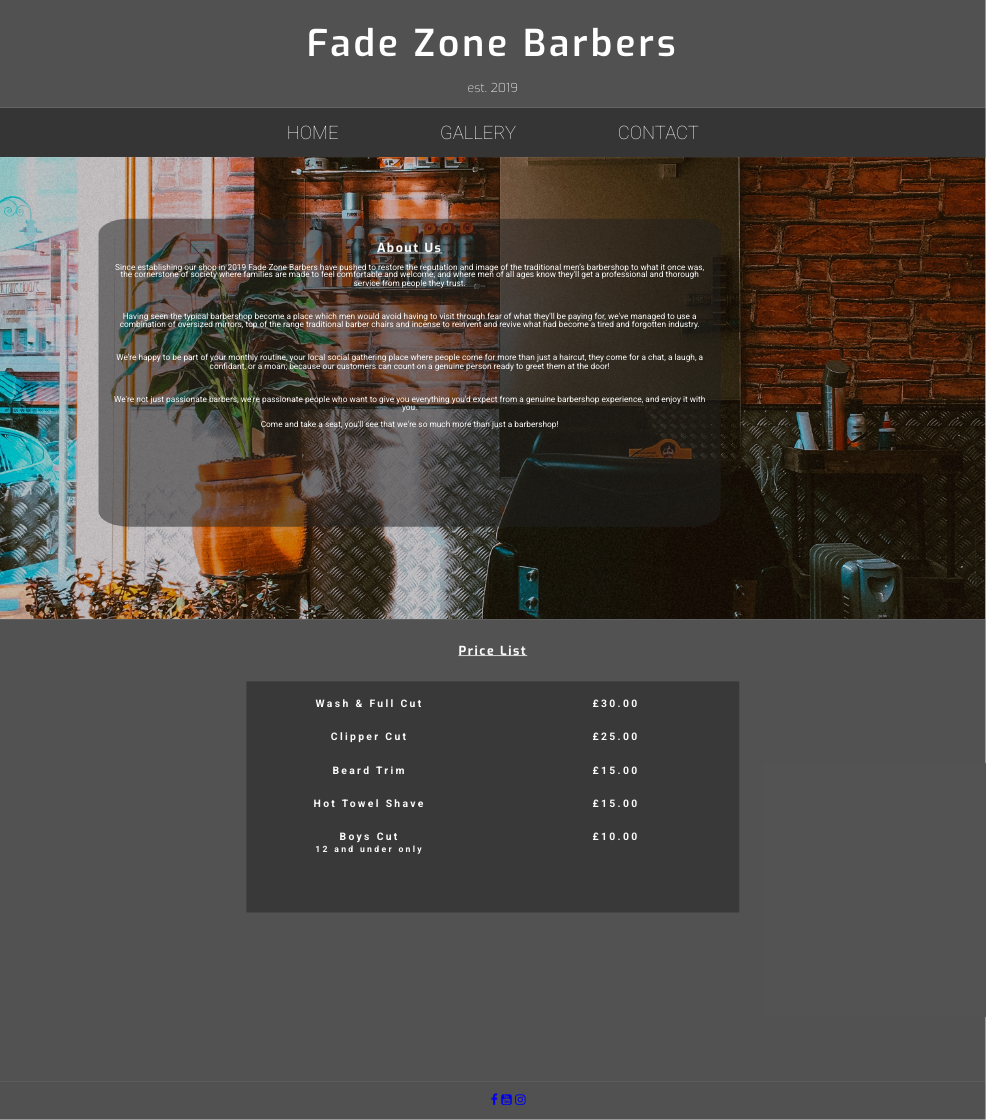
Repository: Boofy360/fade-zone-barbers
Page: index.html
The author's editor kept a record of every edit. The page is drawn from the files as they stood at one moment, then again after the next edit.
The browser window is 1280 px wide. The pictures show the whole page, at 77% of full size.

Above is the page before.

After the next edit:
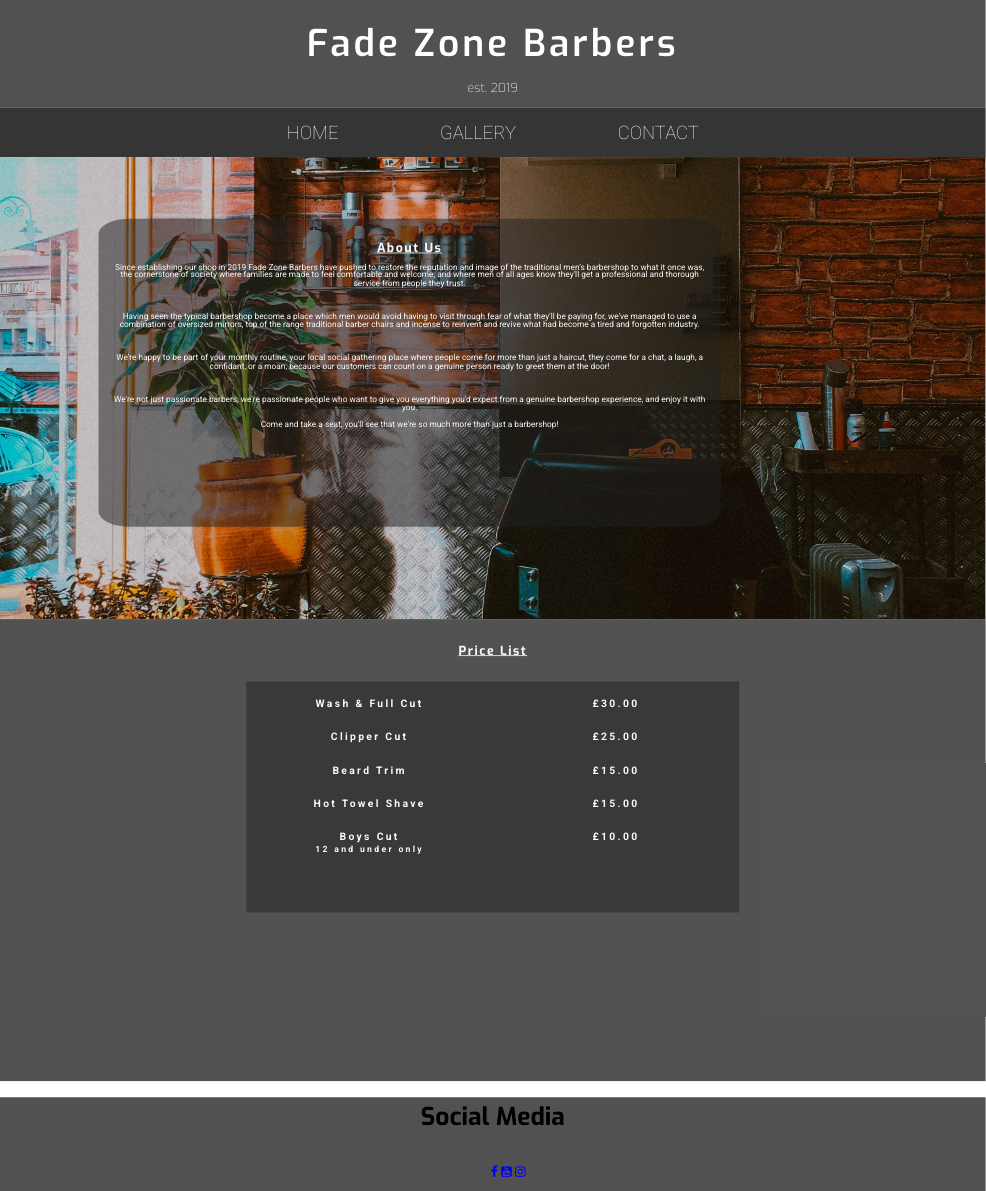
The edit:
--- a/index.html
+++ b/index.html
@@ -70,6 +70,7 @@
             </div>
     </section>
     <footer>
+        <h1>Social Media</h1>
         <ul id="social-networks">
             <li><a href="https://www.facebook.com" target="_blank"><i class="fa fa-facebook"></i></a></li>
             <li><a href="https://www.twitter.com" target="_blank"><i class="fa fa-youtube-square"></i></a></li>
